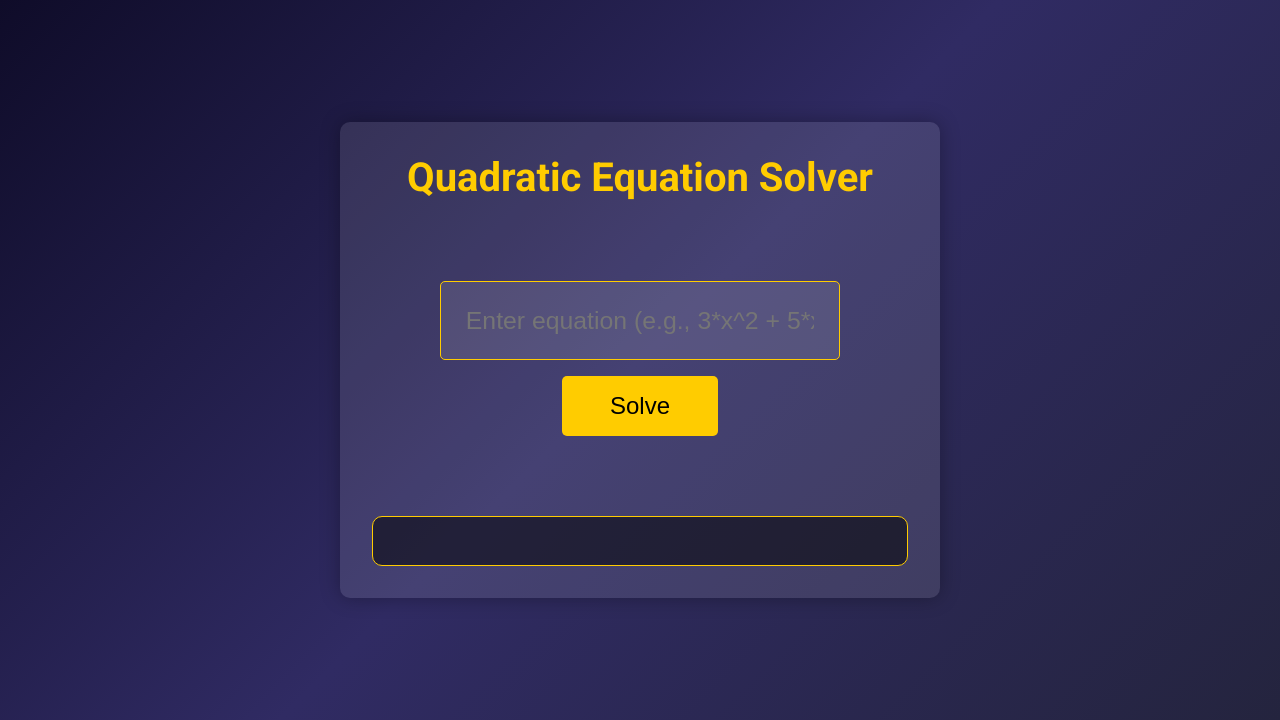
Repository: ngl-ankit/equation-solver
Page: index.html
The author's editor kept a copy of each file at every save. The page is drawn from the files as they stood at one save, then again after the next save.
The browser window is 1280 px wide. The pictures show the whole page.

Above is the page before, as saved 2024-07-08 11:18:55.

### index.html
<!DOCTYPE html>
<html lang="en">
  <head>
    <meta charset="UTF-8" />
    <meta name="viewport" content="width=device-width, initial-scale=1.0" />
    <title>Quadratic Equation Solver</title>
    <link rel="stylesheet" href="styles.css" />
  </head>
  <body>
    <div class="container">
      <h1>Quadratic Equation Solver</h1>
      <div class="form-container">
        <form id="equation-form">
          <input
            type="text"
            id="equation-input"
            placeholder="Enter equation (e.g., 3*x^2 + 5*x - 2 = 0)"
            required
          />
          <button type="submit" class="solve-btn">Solve</button>
        </form>
      </div>
      <div id="results" class="results"></div>
    </div>
    <script src="script.js"></script>
  </body>
</html>

### styles.css
@import url("https://fonts.googleapis.com/css2?family=Roboto:wght@400;700&display=swap");

* {
  margin: 0;
  padding: 0;
  box-sizing: border-box;
}

body {
  display: flex;
  justify-content: center;
  align-items: center;
  height: 100vh;
  font-family: "Roboto", sans-serif;
  background: linear-gradient(135deg, #0f0c29, #302b63, #24243e);
  color: #fff;
}

.container {
  max-width: 600px;
  width: 90%;
  background: rgba(255, 255, 255, 0.1);
  padding: 2rem;
  border-radius: 10px;
  box-shadow: 0 0 20px rgba(0, 0, 0, 0.3);
  text-align: center;
}

h1 {
  font-size: 2.5rem;
  margin-bottom: 5rem;
  color: #ffcc00;
}

.form-container {
  margin-bottom: 5rem;
}

form {
  display: flex;
  flex-direction: column;
  align-items: center;
}

input[type="text"] {
  width: 100%;
  max-width: 400px;
  padding: 1.55rem;
  border: 1px solid #ffcc00;
  border-radius: 5px;
  background: rgba(255, 255, 255, 0.1);
  color: #fff;
  font-size: 1.55rem;
  margin-bottom: 1rem;
  transition: background-color 0.3s, border-color 0.3s;
}

input[type="text"]:hover,
input[type="text"]:focus {
  background-color: rgba(255, 255, 255, 0.2);
  border-color: #ff9900;
}

button.solve-btn {
  padding: 1rem 3rem;
  border: none;
  background-color: #ffcc00;
  color: #000;
  border-radius: 5px;
  cursor: pointer;
  transition: background-color 0.3s, transform 0.3s;
  font-size: 1.5rem;
  outline: none;
}

button.solve-btn:hover {
  background-color: #ff9900;
  transform: scale(1.08);
}

.results {
  background: rgba(0, 0, 0, 0.5);
  border: 1px solid #ffcc00;
  border-radius: 10px;
  padding: 1.5rem;
  margin-top: 0.5rem;
  text-align: left;
  animation: fadeIn 0.5s ease-in-out;
}

.results p {
  font-size: 1rem;
  line-height: 1.6;
  margin-bottom: 1rem;
}

.solution-steps {
  margin-top: 1rem;
}

@keyframes fadeIn {
  from {
    opacity: 0;
  }
  to {
    opacity: 1;
  }
}

### script.js
document.getElementById('equation-form').addEventListener('submit', function (event) {
  event.preventDefault();
  const equation = document.getElementById('equation-input').value;
  const result = solveQuadraticEquation(equation);
  displayResults(result);
});

function solveQuadraticEquation(equation) {
  const trimmedEquation = equation.replace(/\s/g, ''); // Remove all whitespace
  const regex = /^([-+]?\d*\.?\d*)\*?x\^2([-+]?\d*\.?\d*)\*?x([-+]?\d*\.?\d*)=?0$/;
  const matches = trimmedEquation.match(regex);

  if (!matches) {
    return { equation, error: 'Invalid equation format' };
  }

  const a = parseFloat(matches[1]) || 1;
  const b = parseFloat(matches[2]) || 0;
  const c = parseFloat(matches[3]) || 0;

  const discriminant = b * b - 4 * a * c;

  let solutions = [];
  let solutionSteps = [];

  solutionSteps.push(`Given equation: ${equation}`);

  solutionSteps.push(`Step 1: Calculate Discriminant (D) = ${b}^2 - 4 * ${a} * ${c}`);
  solutionSteps.push(`D = ${discriminant}`);

  if (discriminant > 0) {
    const x1 = (-b + Math.sqrt(discriminant)) / (2 * a);
    const x2 = (-b - Math.sqrt(discriminant)) / (2 * a);
    solutions = [x1, x2];
    solutionSteps.push(`Step 2: Apply the Quadratic Formula:`);
    solutionSteps.push(`x1 = (-${b} + √${discriminant}) / (2 * ${a}) = ${x1}`);
    solutionSteps.push(`x2 = (-${b} - √${discriminant}) / (2 * ${a}) = ${x2}`);
  } else if (discriminant === 0) {
    const x = -b / (2 * a);
    solutions = [x];
    solutionSteps.push(`Step 2: Apply the Quadratic Formula:`);
    solutionSteps.push(`x = -${b} / (2 * ${a}) = ${x}`);
  } else {
    solutionSteps.push(`Step 2: Since D < 0, no real solutions exist.`);
  }

  return {
    equation,
    solutions,
    discriminant,
    solutionSteps
  };
}

function displayResults(result) {
  const resultsDiv = document.getElementById('results');
  resultsDiv.innerHTML = `
    <h2>Results:</h2>
    <div class="solution-steps">
      ${result.solutionSteps.map(step => `<p>${step}</p>`).join('')}
    </div>
    <p><strong>Discriminant:</strong> ${result.discriminant}</p>
    ${result.solutions.length > 0 ? `
    <p><strong>Solutions:</strong> ${result.solutions.join(', ')}</p>` : ''}
  `;
}

After the next save:
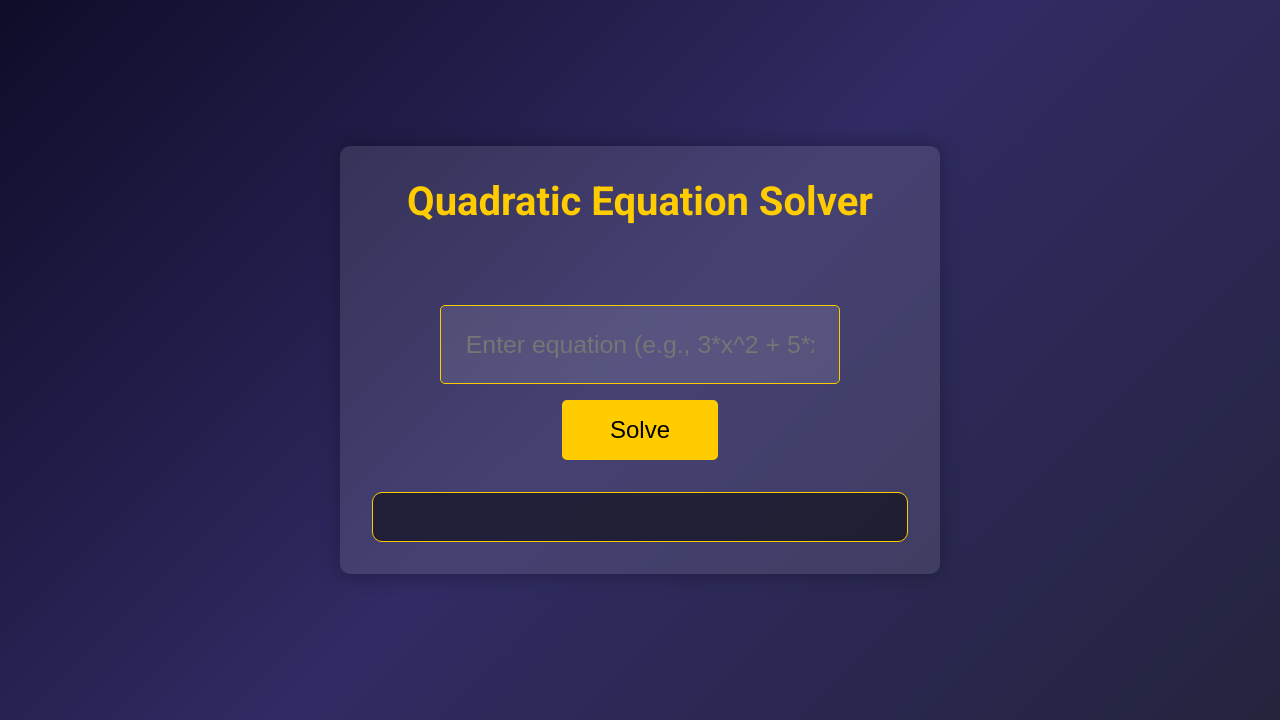
Saved 6 s later.
--- a/styles.css
+++ b/styles.css
@@ -33,7 +33,7 @@ h1 {
 }
 
 .form-container {
-  margin-bottom: 5rem;
+  margin-bottom: 2rem;
 }
 
 form {
